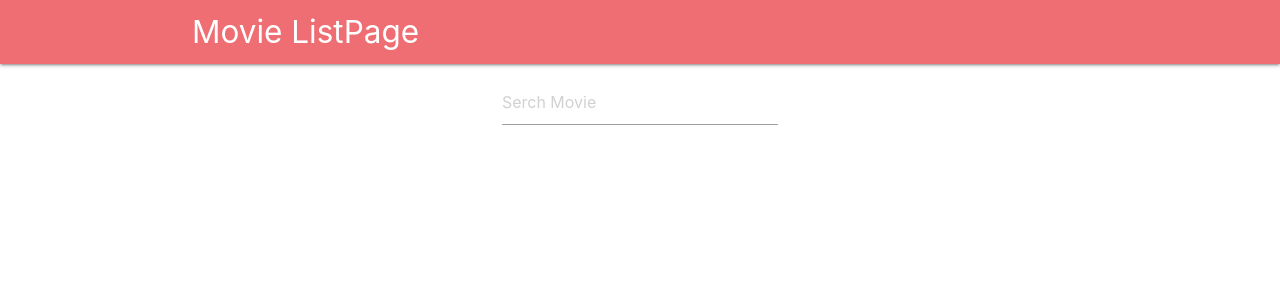
Repository: Reiya-1003/React-Ts-Node-App
Page: /
The author's editor kept a copy of each file at every save. The page is drawn from the files as they stood at one save, then again after the next save.
The browser window is 1280 px wide. The pictures show the whole page.
The page's requests for data from a server got no answer. The project was rebuilt for these pictures with package versions that can differ from the ones it lists, and the page was loaded fresh each time. A package was used in the major version that the imports need, not the one package.json lists. No one was signed in, and anything a server would have sent is missing. Also part of the build but not shown: src/Styles.module.css, src/components/Detail.tsx.

Above is the page before, as saved 2021-11-18 11:04:19.

After the next save:
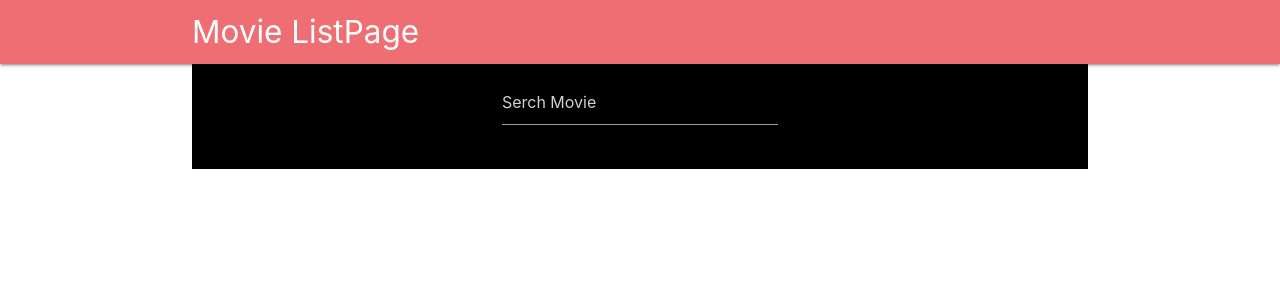
Saved 53 s later.
--- a/src/components/Searthbox.tsx
+++ b/src/components/Searthbox.tsx
@@ -107,7 +107,7 @@ const Searthbox = ({ pageContext }: any) => {
 
   return (
     // 検索ボックス
-    <div className="container">
+    <div className="container" style={{ backgroundColor: "black" }}>
       <div className="row">
         <section className="col s4 offset-s4">
           <form action="" onSubmit={handleSubmit}>
